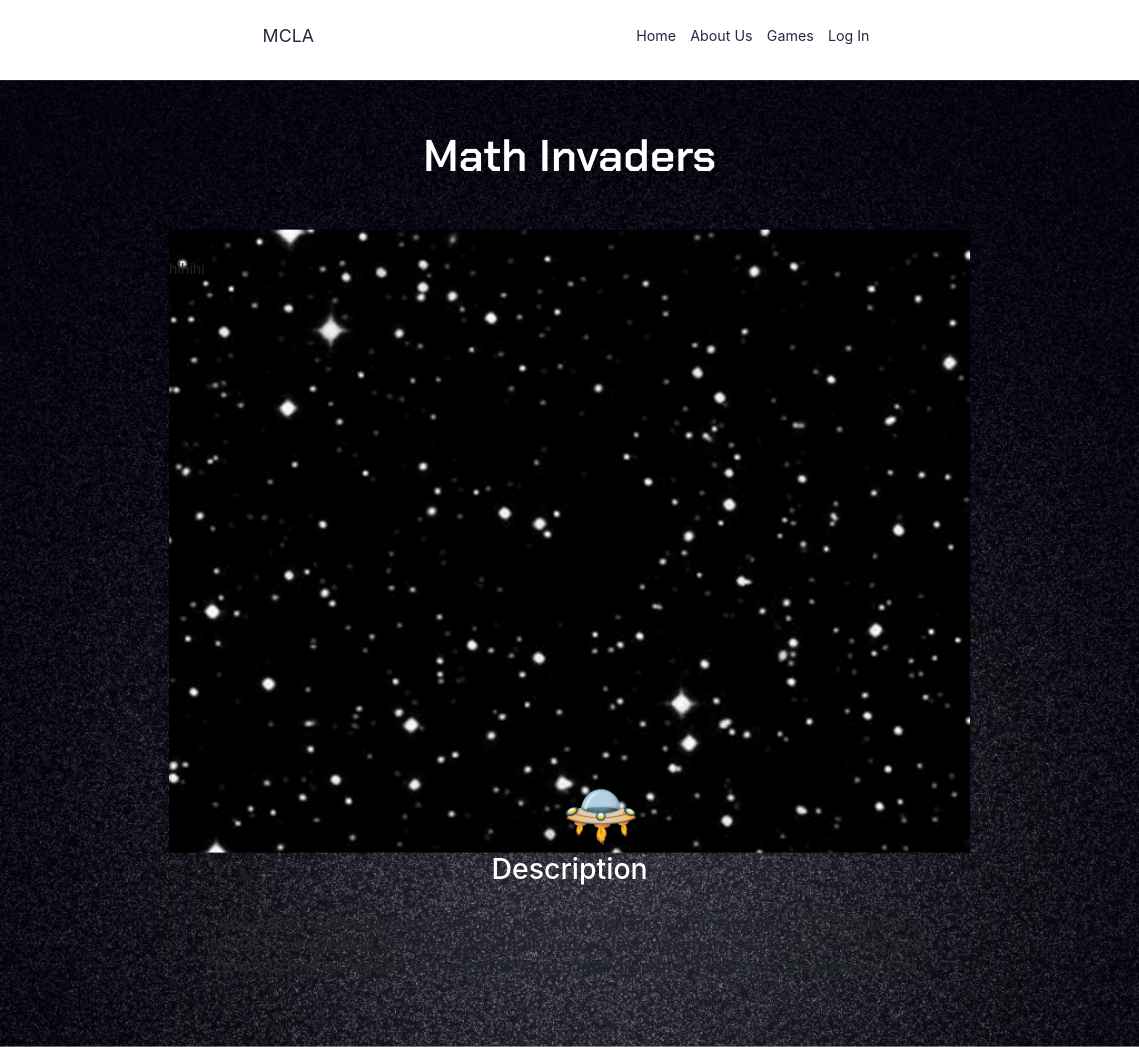
Repository: kkyler24/MathInvader
Page: index.html
These files come from the project's save history. The page is drawn as it stood at one moment and after the next save; the edit follows.
The browser window is 1280 px wide. The pictures show the whole page, at 89% of full size.
Some web libraries are served in a nearby version.

Above is the page before, as saved 2020-07-19 22:59:23.

After the next save:
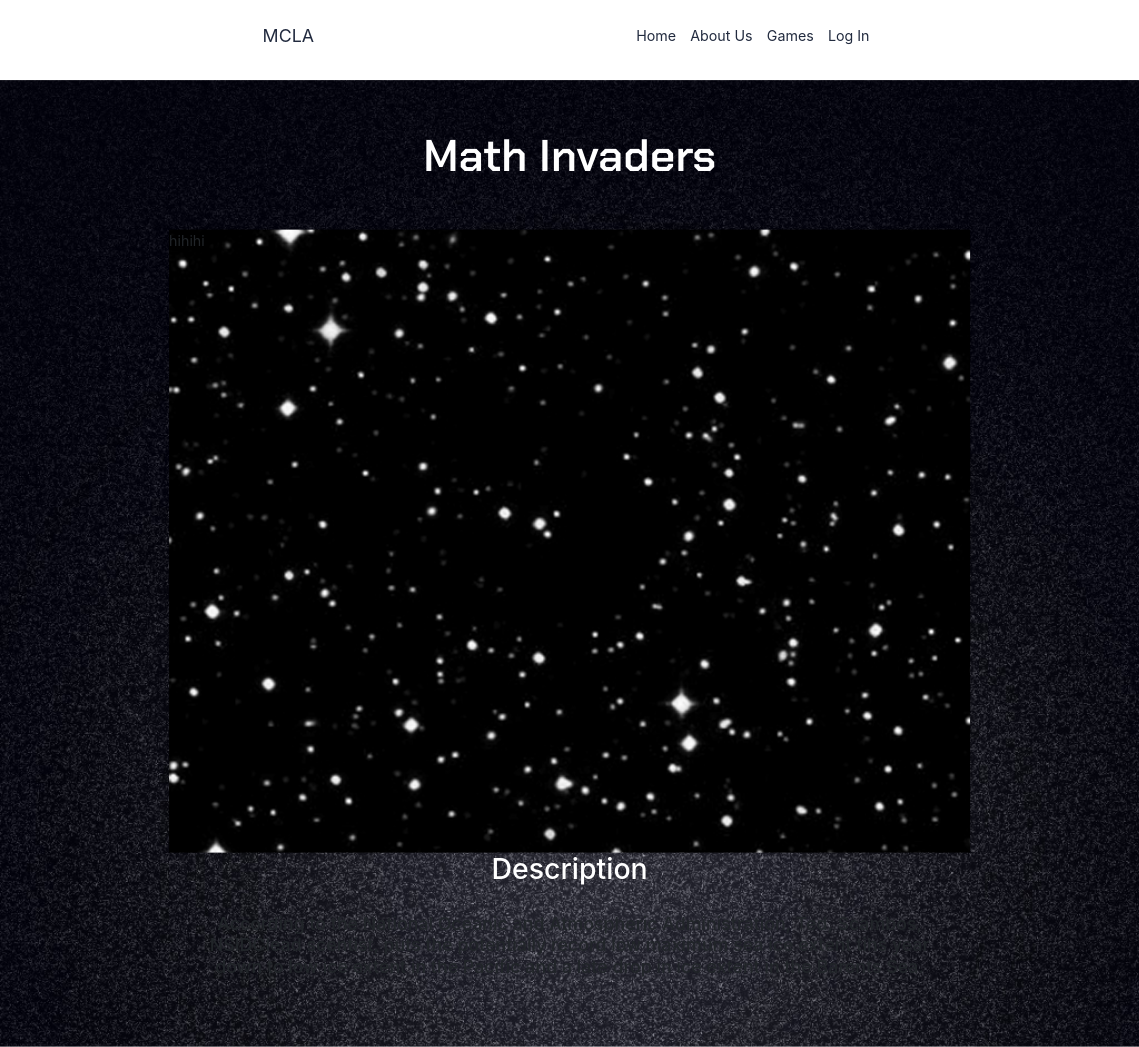
Console error: SyntaxError: Unexpected end of input
Saved 16 min 38 s later.
--- a/jsFolder/game.js
+++ b/jsFolder/game.js
@@ -34,10 +34,32 @@
   setPosition($player, GAME_STATE.playerX, GAME_STATE.playerY);
 }
 
+function updatePlayer() {
+  if (GAME_STATE.leftPressed) {
+    GAME_STATE.playerX -= 5;
+  }
+  if (GAME_STATE.rightPressed) {
+    GAME_STATE.playerX += 5;
+  }
+
+  // constraints the player to the game board.
+  GAME_STATE.playerX = clamp(
+    GAME_STATE.playerX,
+    PLAYER_WIDTH,
+    GAME_WIDTH - PLAYER_WIDTH
+  );
+
+
 // initializes players and function of the game
 function init() {
   const $container = document.querySelector(".Game");
   createPlayer($container);
+}
+
+// game loop runs all the time and makes sure everything runs smoothly makes sure that all elements that have to move actually move
+function update(e) {
+  updatePlayer();
+  window.requestAnimationFrame(update);
 }
 
 function onKeyDown(e) {

After the 2 saves that followed:
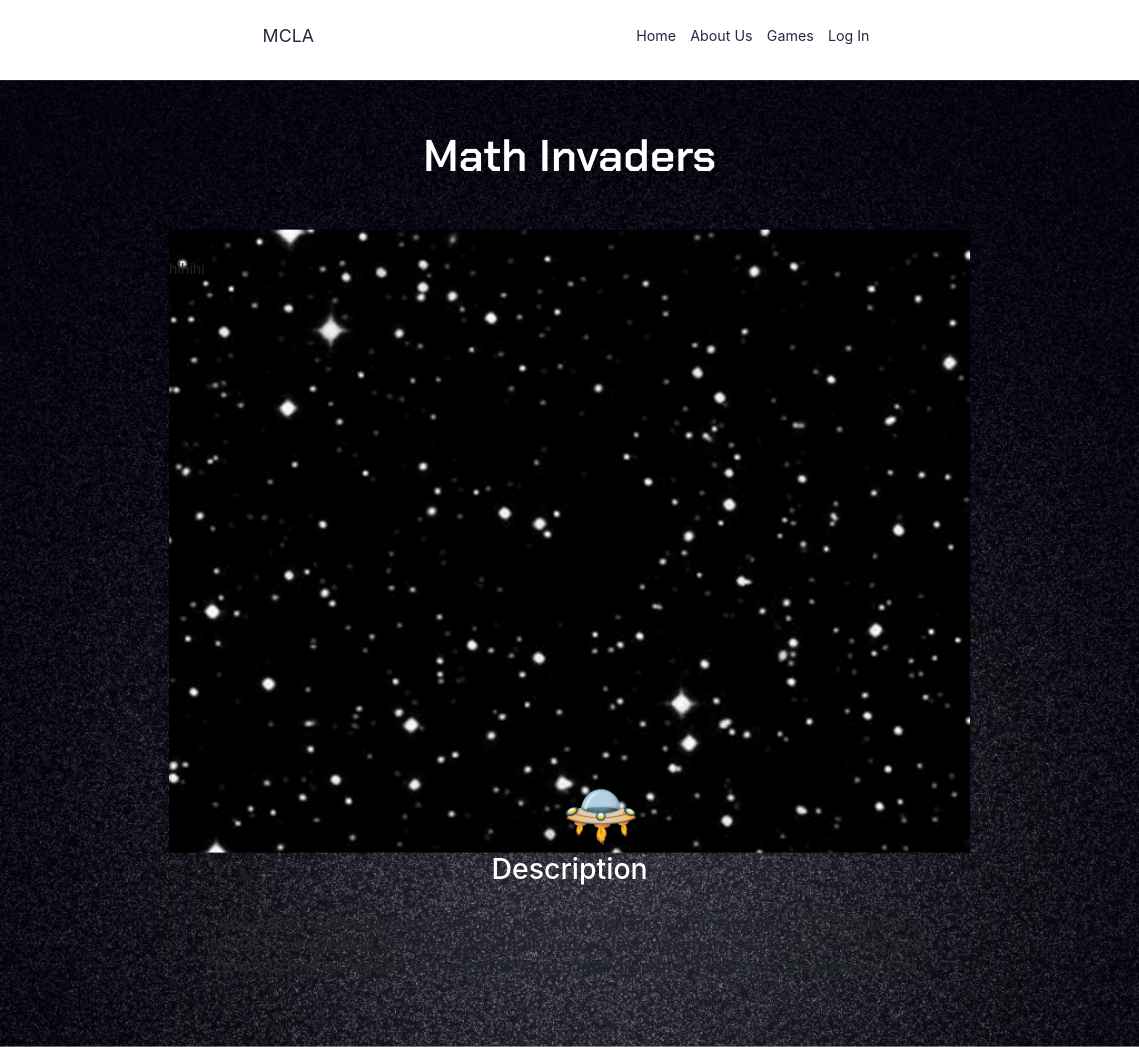
Console error: ReferenceError: clamp is not defined
The 2 saves are shown as one change because 1 left the picture as it was.
The last was saved 5 min 1 s later.
--- a/jsFolder/game.js
+++ b/jsFolder/game.js
@@ -48,7 +48,7 @@
     PLAYER_WIDTH,
     GAME_WIDTH - PLAYER_WIDTH
   );
-
+}
 
 // initializes players and function of the game
 function init() {
@@ -56,10 +56,30 @@
   createPlayer($container);
 }
 
-// game loop runs all the time and makes sure everything runs smoothly makes sure that all elements that have to move actually move
+// game loop runs every frame all the time and makes sure everything runs smoothly makes sure that all elements that have to move actually move it.
 function update(e) {
   updatePlayer();
   window.requestAnimationFrame(update);
+}
+
+function onKeyDown(e) {
+  if (e.keyCode === KEY_CODE_LEFT) {
+    GAME_STATE.leftPressed = true;
+  } else if (e.keyCode === KEY_CODE_RIGHT) {
+    GAME_STATE.rightPressed = true;
+  } else if (e.keyCode === KEY_CODE_SPACE) {
+    GAME_STATE.spacePressed = true;
+  }
+}
+
+function onKeyUp(e) {
+  if (e.keyCode === KEY_CODE_LEFT) {
+    GAME_STATE.leftPressed = false;
+  } else if (e.keyCode === KEY_CODE_RIGHT) {
+    GAME_STATE.rightPressed = false;
+  } else if (e.keyCode === KEY_CODE_SPACE) {
+    GAME_STATE.spacePressed = false;
+  }
 }
 
 function onKeyDown(e) {
@@ -68,3 +88,5 @@
 
 init();
 window.addEventListener("keydown", onKeyDown);
+window.addEventListener("keyup", onKeyUp);
+window.requestAnimationFrame(update);
